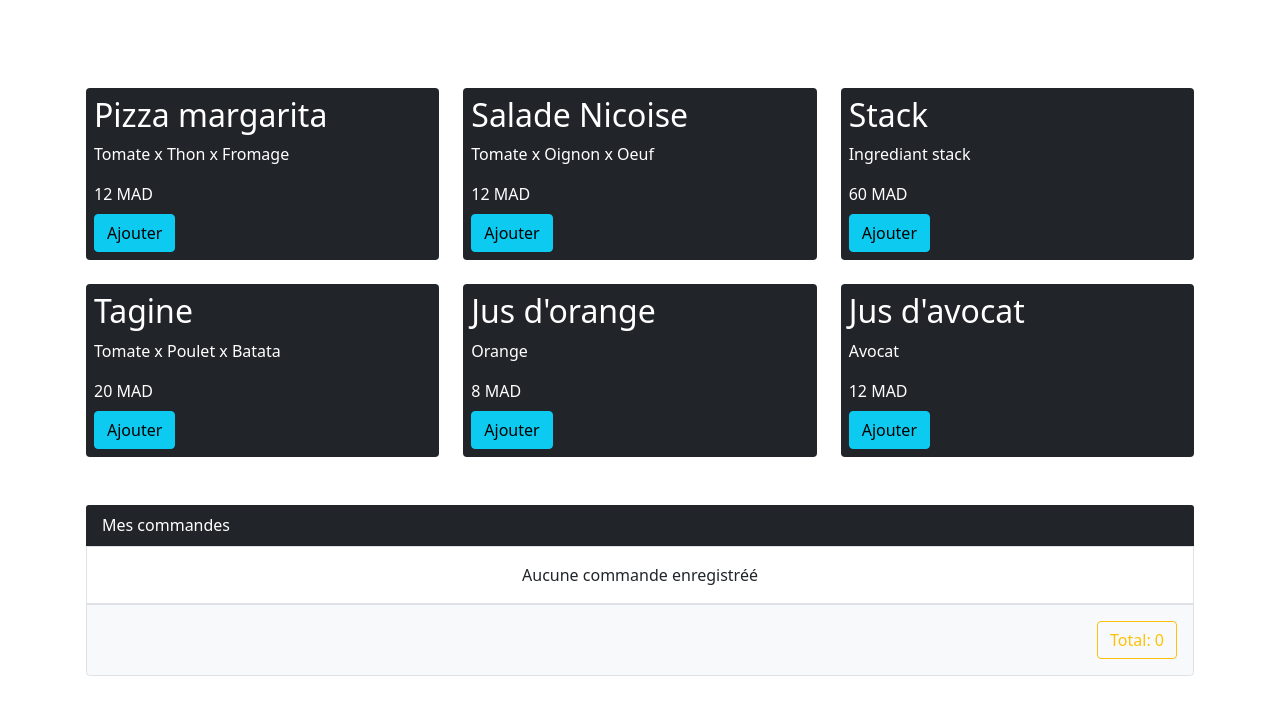
Repository: FS-23/my-restaurant
Page: /
These files come from the project's save history. The page is drawn as it stood at one moment and after the next save; the edit follows.
The browser window is 1280 px wide. The pictures show the whole page.
The project was rebuilt for these pictures with package versions that can differ from the ones it lists, and the page was loaded fresh each time.

Above is the page before, as saved 2022-04-29 14:48:42.

### public/index.html
<!DOCTYPE html>
<html lang="en">
  <head>
    <meta charset="utf-8" />
    <link rel="icon" href="%PUBLIC_URL%/favicon.ico" />
    <meta name="viewport" content="width=device-width, initial-scale=1" />
    <meta name="theme-color" content="#000000" />
    <meta
      name="description"
      content="Web site created using create-react-app"
    />
    <link rel="apple-touch-icon" href="%PUBLIC_URL%/logo192.png" />
    <!--
      manifest.json provides metadata used when your web app is installed on a
      user's mobile device or desktop. See https://developers.google.com/web/fundamentals/web-app-manifest/
    -->
    <link rel="manifest" href="%PUBLIC_URL%/manifest.json" />
    <!--
      Notice the use of %PUBLIC_URL% in the tags above.
      It will be replaced with the URL of the `public` folder during the build.
      Only files inside the `public` folder can be referenced from the HTML.

      Unlike "/favicon.ico" or "favicon.ico", "%PUBLIC_URL%/favicon.ico" will
      work correctly both with client-side routing and a non-root public URL.
      Learn how to configure a non-root public URL by running `npm run build`.
    -->
    <title>React App</title>
    <!-- CSS only -->
<link href="https://cdn.jsdelivr.net/npm/bootstrap@5.1.3/dist/css/bootstrap.min.css" rel="stylesheet">
  </head>
  <body>
    <noscript>You need to enable JavaScript to run this app.</noscript>
    <div id="root"></div>
    <!--
      This HTML file is a template.
      If you open it directly in the browser, you will see an empty page.

      You can add webfonts, meta tags, or analytics to this file.
      The build step will place the bundled scripts into the <body> tag.

      To begin the development, run `npm start` or `yarn start`.
      To create a production bundle, use `npm run build` or `yarn build`.
    -->
  </body>
</html>

### src/index.css
.plat-container:hover {
     top: -10px;

}

.plat-container {
  top: 0;
  transition: top 0.5s;
}


.app-gradient-container {
   background-image: linear-gradient(160deg , red , blue);
   opacity: 0.2;
}

### src/App.js
import Menu from './components/Menu'
function App() {
  return (
    <div className="">
       <div className='vw-100 vh-100 position-fixed text-white'>
           <div className='position-absolute d-none top-0 w-100 h-100 bg-dark app-gradient-container'>

           </div>

       </div>

       <div className="mt-5 p-3 rounded container ">
              <Menu />
        </div>
    </div>
  );
}

export default App;

### src/components/Menu.js
import { useState } from "react"
import Plat from "./Plat"
function Menu(){
    let [orders , setOrders] = useState([])
    let [totalPrice , setTotalPrice] = useState(0)

    function handleOnClick(id){
          console.log("Je suis le plat numero "+ id)
          let plat  = menuList.find( (menu)=> menu.id == id)

          setTotalPrice( totalPrice => totalPrice+plat.price)
          console.log('plat:', plat)
          setOrders( orders => ([...orders , plat]) )

          setTimeout( function(){
               console.log('orders:', orders)
          },2000)

    }

    let menuList = [
          {id: 1 , name: "Pizza margarita" , price: 12 , ingredient: "Tomate x Thon x Fromage"},
          {id: 2 , name: "Salade Nicoise" , price: 12 , ingredient: "Tomate x Oignon x Oeuf"},
          {id: 3 , name: "Stack" , price: 60 , ingredient: "Ingrediant stack"},
          {id: 4 , name: "Tagine" , price: 20 , ingredient: "Tomate x Poulet x Batata"},
          {id: 5 , name: "Jus d'orange" , price: 8 , ingredient: "Orange"},
          {id: 6 , name: "Jus d'avocat" , price: 12 , ingredient: "Avocat"},
    ]

    function CommandeComponent(props){
        let {plat} = props
        return (
            <div className=" col-1 col-sm-2 text-white col-lg-4 mt-4 position-relative plat-container" >
                <div className="bg-dark p-2 rounded">
                    <h2>{plat.name} </h2>
                    <p> {plat.ingredient}</p>
                    <div>
                        {plat.price} MAD
                    </div>
                    <button className="btn btn-danger mt-2" onClick={()=> {}}>Annulerr</button>
                </div>
            </div>
        )
    }
    return (
        <div className="row">
           {
               menuList.map((menu , index) =>   < Plat key={index} plat={{...menu, onChoose: handleOnClick }} />)
           }
           <div className="card w-100 m-auto border-0 mt-5">
                 <div className="card-header bg-dark text-white">Mes commandes</div>
                  <div className="card-body border row m-0">
                    {
                       orders.length == 0 ? <div class="text-center">Aucune commande enregistréé</div> : orders.map((menu , index) =>  <CommandeComponent key={index} plat={menu} />)
                    }
                  </div>
                  <div className="modal-footer border bg-light ">
                             <button className="btn btn-outline-warning" >
                                  Total: {totalPrice}
                             </button>
                  </div>


           </div>

        </div>
    )
}

export default Menu

### src/components/Plat.js

function Plat (props){
    let {plat} = props
    console.log('prpos:', plat)
    return(
        <div className=" col-1 col-sm-2 text-white col-lg-4 mt-4 position-relative plat-container" >
            <div className="bg-dark p-2 rounded">
                <h2>{plat.name} </h2>
                <p> {plat.ingredient}</p>
                <div>
                    {plat.price} MAD
                </div>
                <button className="btn btn-info mt-2" onClick={()=> {plat.onChoose(plat.id)}}>Ajouter</button>
            </div>
       </div>


    )
}

export default Plat

Loaded but not shown: src/index.js (common file)

After the next save:
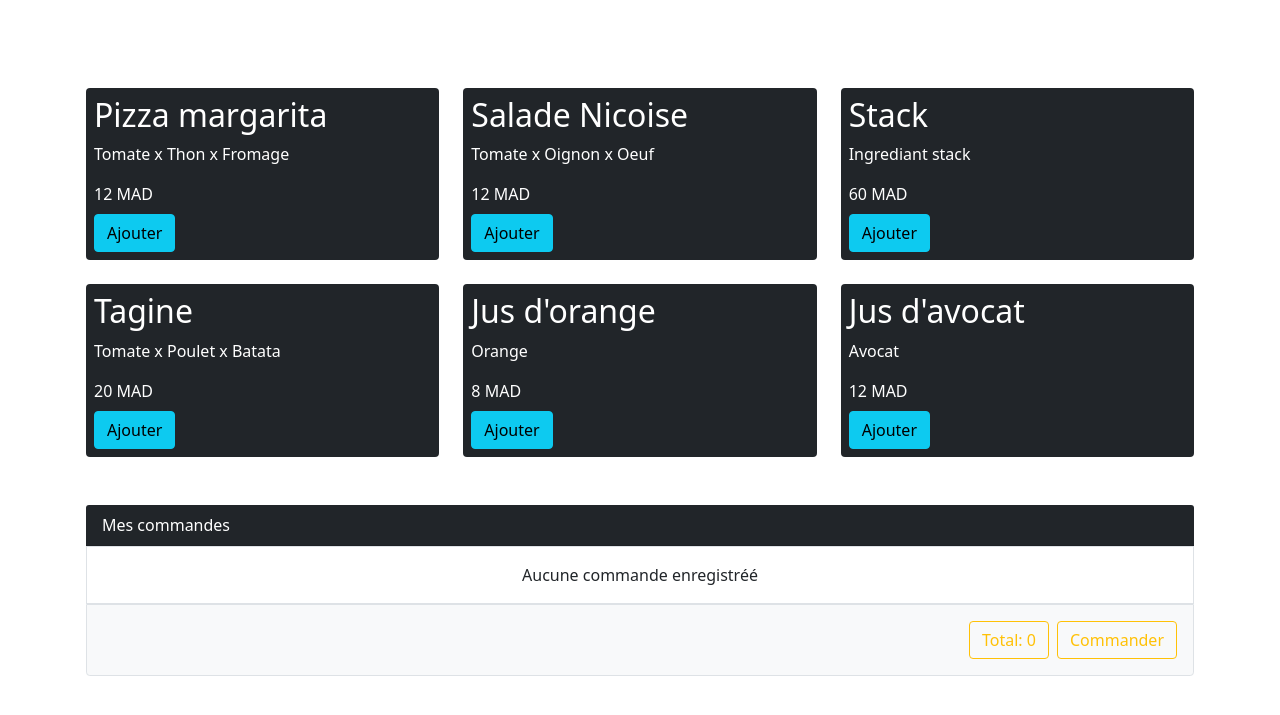
Saved 84 s later.
--- a/src/components/Menu.js
+++ b/src/components/Menu.js
@@ -11,7 +11,6 @@ function Menu(){
           setTotalPrice( totalPrice => totalPrice+plat.price)
           console.log('plat:', plat)
           setOrders( orders => ([...orders , plat]) )
-
           setTimeout( function(){
                console.log('orders:', orders)
           },2000)
@@ -58,6 +57,9 @@ function Menu(){
                              <button className="btn btn-outline-warning" >
                                   Total: {totalPrice}
                              </button>
+                             <button className="btn btn-outline-warning" >
+                                  Commander
+                             </button>
                   </div>
 
 
